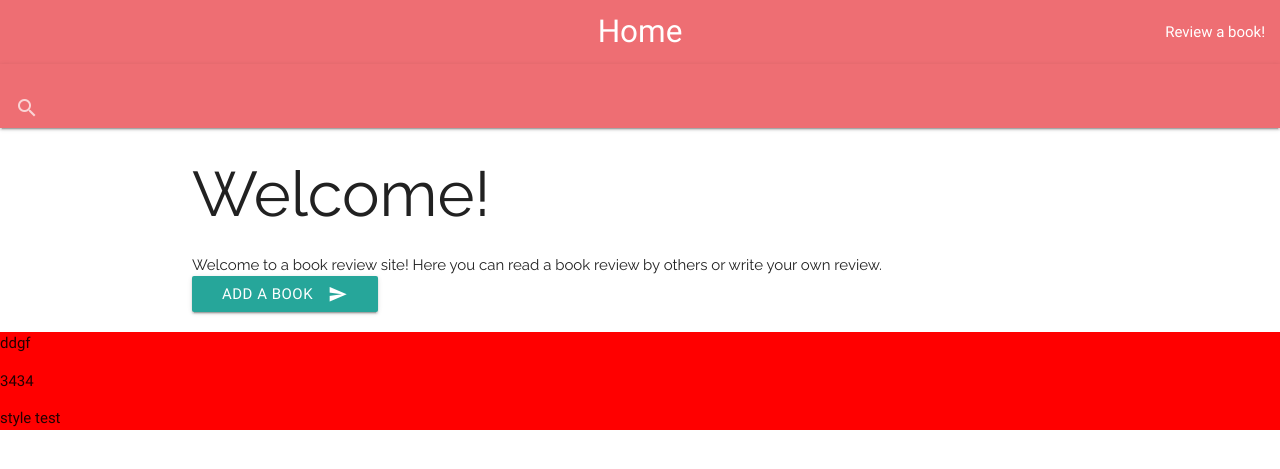
Repository: h8130084/bookReview
Page: http://localhost/
The author's editor kept a record of every edit. The page is drawn from the files as they stood at one moment, then again after the next edit.
The browser window is 1280 px wide. The pictures show the whole page.
Some web libraries are served in a nearby version. The page is served by the project's application, run on Flask 3 (app.py). Queries for data that is not in the repository find no rows.

Above is the page before.
Console error: ReferenceError: M is not defined

### templates/books.html
{% extends 'base.html' %} {% block content %}

<div class="container">
    <h1> Welcome!</h1>
    <div class="sub-heading" "row"> Welcome to a book review site! Here you can read a book review by others or write your own review.</div>



    {% for book in books%}

    <div class="collection">
        <a href="{{url_for( 'book_info', book_id=book._id)}} " class="collection-item"> {{book.Title}}</a>
    </div>

    {% endfor %}



    <div class="row" "addBookButton">
        <form action="{{url_for('add_book')}}" class="col s12">
            <button class="btn waves-effect waves-light" type="submit" name="action">add a book
                <i class="material-icons right">send</i>
            </button>
        </form>
    </div>

</div>
</div>

{% endblock %}

### templates/base.html
<!DOCTYPE html>
<html lang="en">

<head>
    <meta charset="UTF-8">
    <meta name="viewport" content="width=device-width, initial-scale=1.0">
    <meta http-equiv="X-UA-Compatible" content="ie=edge">

    <!-- taken from google fonts, materilaize and cdnjs -->
    <link href="https://fonts.googleapis.com/icon?family=Material+Icons" rel="stylesheet">
    <link rel="stylesheet" href="https://cdnjs.cloudflare.com/ajax/libs/materialize/0.100.2/css/materialize.min.css">
    <link rel="stylesheet" href="{{url_for('static', filename='/style.css')}}" type="text/css" />

    <title>Document</title>
</head>

<body>
    <header>
        <nav>
            <div class="nav-wrapper">
                <a href="{{url_for('get_books')}}" class="brand-logo center">Home</a>
                <ul id="nav-mobile" class="right">
                    <li><a href="{{url_for('add_book')}}">Review a book!</a></li>
            </div>
        </nav>
        <nav>
            <div class="nav-wrapper">
                <div class="search">
                    <form action="" method="post" "get">
                        <div class="input-field" "center">
                            <input id="search" type="search" name="Title" required>

                            <label class="label-icon" for="search"><i class="material-icons">search</i></label>
                            <i class="material-icons">close</i>
                        </div>
                    </form>
                </div>
            </div>
        </nav>
    </header>



    {% block content %} {% endblock %}

    <script src="https://cdnjs.cloudflare.com/ajax/libs/jquery/3.2.1/jquery.min.js"></script>
    <script src="https://cdnjs.cloudflare.com/ajax/libs/materialize/0.100.2/js/materialize.min.js"></script>
    <script type="text/javascript">
        $(document).ready(function() {
            $('.tabs').tabs();
            $('#Review').val('New Text');
            M.textareaAutoResize($('#Review'));
            $('.sidenav').sidenav();
        });
    </script>
    </div>


</body>

<div class="footer">
    <p>ddgf</p>
    <p>3434</p>
    <p>style test</p>

</html>

### app.py
import os
from flask import Flask, render_template, redirect, request, url_for
from flask_pymongo import PyMongo
from bson.objectid import ObjectId
import env

app = Flask(__name__)

app.config["MONGO_DBNAME"] = 'book_review'
app.config["MONGO_URI"] = env.MONGO_URI


mongo = PyMongo(app)

@app.route('/')
@app.route('/ get_books')
def get_books():
     return render_template("books.html", books=mongo.db.book_details.find())

@app.route('/search', methods= ['GET', 'POST'])
def search(book_id):
    if request.method =="POST":
        the_book = mongo.db.book_details.find({"Title"})
        all_categories = mongo.db.categories.find()
        return render_template('bookdetails.html', book=the_book, categories=all_categories)

@app.route('/edit_book/<book_id>')
def edit_book(book_id):
    the_book = mongo.db.book_details.find_one({"_id": ObjectId(book_id)})
    all_categories = mongo.db.categories.find()
    return render_template('editbook.html', book=the_book, categories=all_categories)

@app.route('/update_book/<book_id>', methods=["POST"])
def update_book(book_id):
    books = mongo.db.book_details
    books.update( {'_id': ObjectId(book_id)},
    {
        'Title': request.form.get('Title'),
        'Author': request.form.get('Author'),
        'Genre': request.form.get('Genre'),
        'Year': request.form.get('Year'),
        'Image_URL': request.form.get('Image_URL'),
        'Amazon': request.form.get('Amazon'),
        'Review': request.form.get('Review')
    })
    return redirect(url_for('get_books'))

#book details page
@app.route('/book_info/<book_id>')
def book_info(book_id):
    the_book = mongo.db.book_details.find_one({"_id": ObjectId(book_id)})
    all_categories = mongo.db.categories.find()
    return render_template('bookdetails.html', book=the_book, categories=all_categories, comments=mongo.db.comments.find())

def get_comments():
     return render_template('bookdetails.html', comments=mongo.db.comments.find())

#  takes the details from the form and adds the comment to the database, then redirects to bookdetails page

@app.route('/insert_comment', methods=['POST'])
def insert_comment():

    new_comment = {
        'bookID': request.form.get('Title'),
        'comment': request.form.get('comment')
    }
    comments = mongo.db.comments
    books = mongo.db.book_review
    comments.insert_one(new_comment)
    # ----- get comments should be book.details page to display that the comment just added is present
    return  redirect(url_for('get_books'))

# displays add books page
@app.route('/add_book')
def add_book():
    return render_template('addbook.html')

#  takes the details from the form and adds the book to the database, then redirects to home page
@app.route('/insert_book', methods=['POST'])
def insert_book():

    new_book = {
        'Title': request.form.get('Title'),
        'Author': request.form.get('Author'),
        'Genre': request.form.get('Genre'),
        'Year': request.form.get('Year'),
        'Image_URL': request.form.get('Image_URL'),
        'Amazon': request.form.get('Amazon'),
        'Review': request.form.get('Review'),
        'upvotes': 0,
    }

    books = mongo.db.book_details
    books.insert_one(new_book)
    # ----- get books should be home page to display that the book just added is present
    return redirect(url_for('get_books'))

# delete the book
@app.route('/delete_book/<book_id>')
def delete_book(book_id):
    mongo.db.book_details.remove({'_id': ObjectId(book_id)})
    return redirect(url_for('get_books'))


if __name__ == '__main__':
    app.run(host=os.environ.get('IP'),
    port=int(os.environ.get('PORT')),
    debug=True)

### static/style.css
@import url('https://fonts.googleapis.com/css?family=Raleway&display=swap');

.footer{
    background-color: red;
}

/*.coverIMG {*/
/*  width: 100%;*/
/*  max-width: 10px;*/
/*  height: auto;*/
/*  position: center;*/
/*}*/

.books{
   background-color: red;
   position: center;
   position: absolute;
 }

.list_of_books{
    text-align: center;
    border: double;
}

.tabs{
    position: center;
    position: relative;
}


/*text*/
h1{
  font-family: 'Raleway', sans-serif;
}
.sub-heading {
  font-family: 'Raleway', sans-serif;
}

After the next edit:
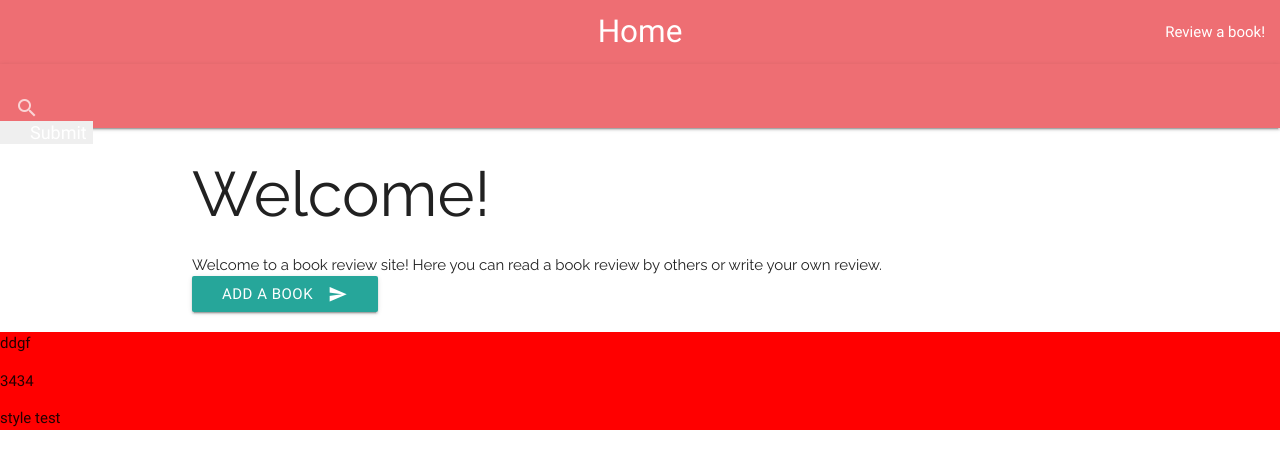
The edit:
--- a/templates/base.html
+++ b/templates/base.html
@@ -32,6 +32,7 @@
 
                             <label class="label-icon" for="search"><i class="material-icons">search</i></label>
                             <i class="material-icons">close</i>
+                            <input type="submit" value="Submit">
                         </div>
                     </form>
                 </div>
